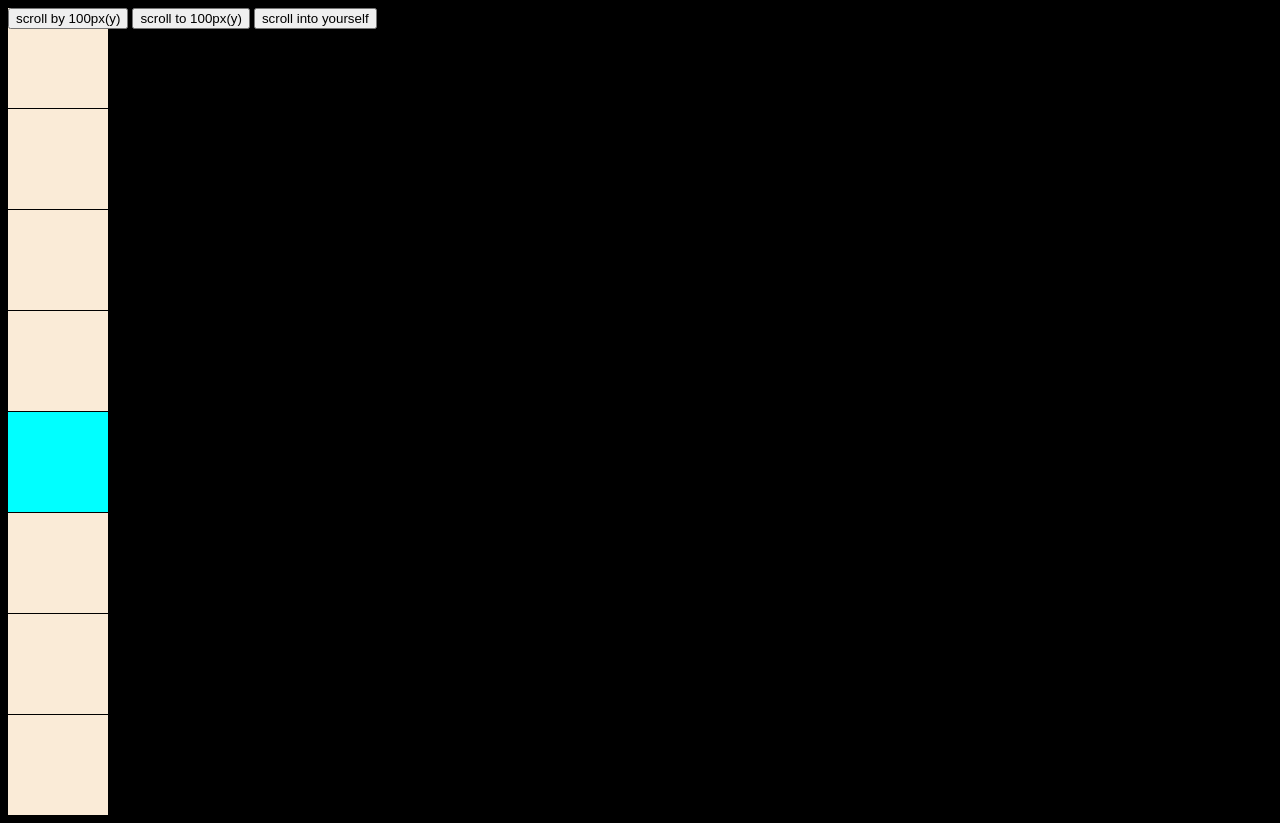
Repository: DongjaJ/Browser
Page: chap1/window-scrolling.html
The author's editor kept a copy of each file at every save. The page is drawn from the files as they stood at one save, then again after the next save.
The browser window is 1280 px wide. The pictures show the whole page.

Above is the page before, as saved 2022-08-19 16:35:52.

### chap1/window-scrolling.html
<!DOCTYPE html>
<html lang="en">
<head>
	<meta charset="UTF-8">
	<meta http-equiv="X-UA-Compatible" content="IE=edge">
	<meta name="viewport" content="width=device-width, initial-scale=1.0">
	<title>Document</title>
	<style>
		body{
			background-color: black;
		}
		.normal{
			width: 100px;
			height: 100px;
			background-color:antiquewhite;
			margin: 1px 0px;
		}
		#special{
			width: 100px;
			height: 100px;
			background-color: aqua;
			margin: 1px 0px;
		}
	</style>
</head>
<body>
	<div style="position: fixed; top: 20px right: 20px">
		<button class ="aa">scroll by 100px(y)</button>
		<button class = "bb">scroll to 100px(y)</button>
		<button class = "cc">scroll into yourself</button>
	</div>

	<div class="normal"></div>
	<div class="normal"></div>
	<div class="normal"></div>
	<div class="normal"></div>
	<div id="special"></div>
	<div class="normal"></div>
	<div class="normal"></div>
	<div class="normal"></div>

	<script>
	document.querySelector("#special").addEventListener('click', e =>{
		const rect = e.target.getBoundingClientRect();
		console.log(rect);
		console.log("client X ", e.clientX," client Y ", e.clientY);
		console.log("page X ",e.pageX ," page Y", e.pageY);
	});

	document.querySelector(".aa").addEventListener('click', event =>{
		window.scrollBy(0,100);
	});

	document.querySelector(".bb").addEventListener('click', event =>{
		window.scrollTo(0,100);
	});

	document.querySelector(".cc").addEventListener('click', event =>{
		const special = document.querySelector('#special').scrollIntoView();
	});

	</script>
</body>
</html>

After the next save:
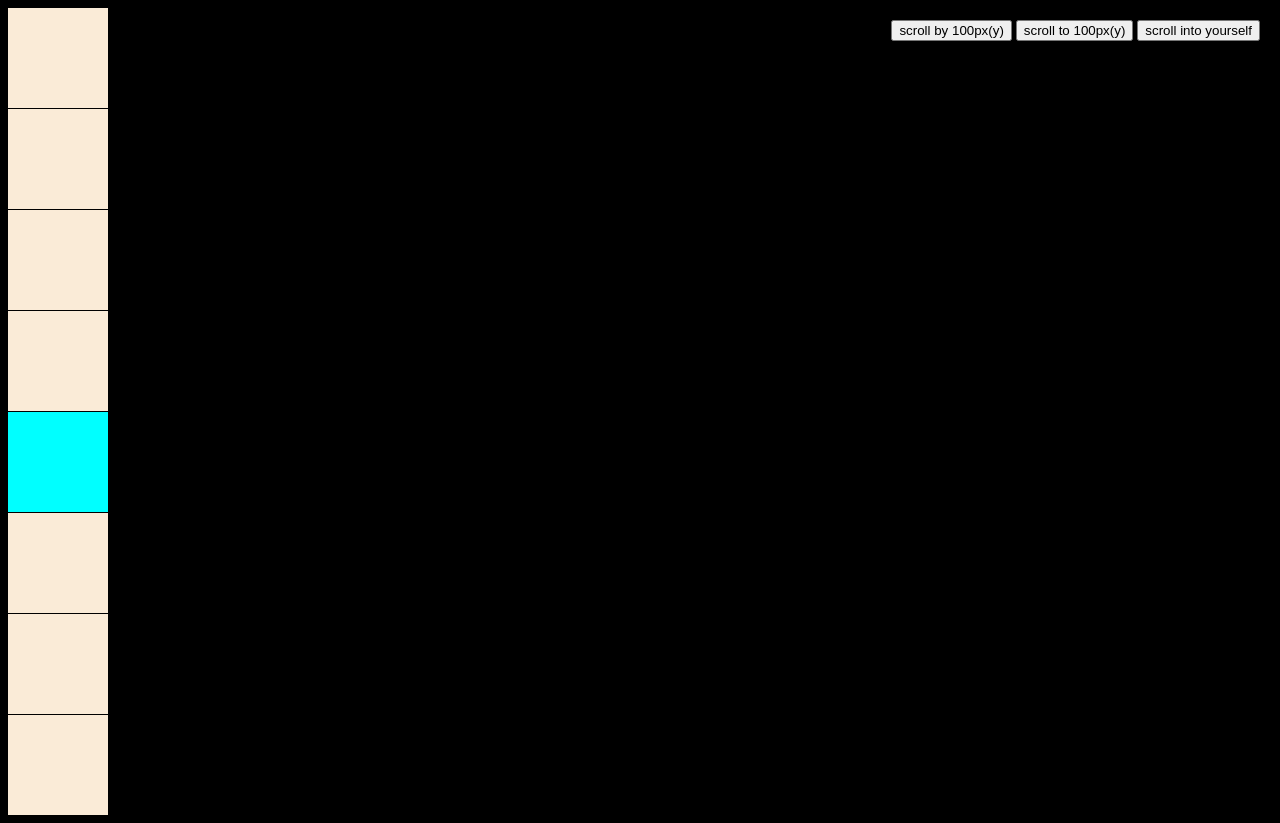
Saved 5 s later.
--- a/chap1/window-scrolling.html
+++ b/chap1/window-scrolling.html
@@ -24,7 +24,7 @@
 	</style>
 </head>
 <body>
-	<div style="position: fixed; top: 20px right: 20px">
+	<div style="position: fixed; top: 20px; right: 20px">
 		<button class ="aa">scroll by 100px(y)</button>
 		<button class = "bb">scroll to 100px(y)</button>
 		<button class = "cc">scroll into yourself</button>
